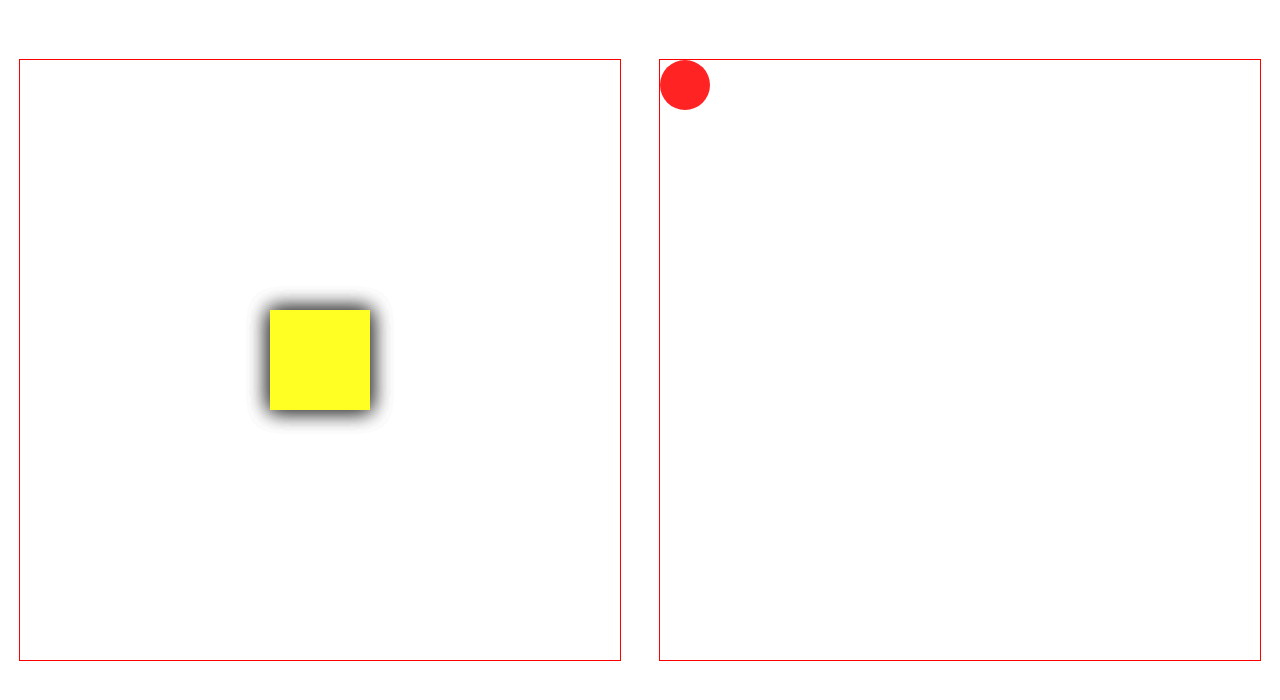
Repository: randgars/game
Page: index.html
These files come from the project's save history. The page is drawn as it stood at one moment and after the next save; the edit follows.
The browser window is 1280 px wide. The pictures show the whole page.

Above is the page before, as saved 2017-09-29 11:13:46.

### index.html
<!DOCTYPE html>
<html lang="en">
<head>
    <meta charset="UTF-8">
    <meta name="viewport" content="width=device-width, initial-scale=1.0">
    <meta http-equiv="X-UA-Compatible" content="ie=edge">
    <title>Document</title>
    <link rel="stylesheet" href="./style.css">
    <script type="text/javascript" src="./index.js"></script>
</head>
<body>
    <div class="wrapper">
        <div class="square first"></div>
        <div class="square second"></div>
        <div class="square third"></div>
        <div class="square fourth"></div>
    </div>
    <div id="wrapper" onmousemove="mouseMove(event)" class="wrapper">
        <div class="circle"></div>
    </div>
</body>
</html>

### style.css
body {
    padding: 0;
    margin: 0;
    display: flex;
    justify-content: space-around;
    align-items: center;
    height: 100vh;
}
.wrapper {
    position: relative;
    width: 600px;
    height: 600px;
    border: solid 1px red;
}
.square {
    height: 100px;
    width: 100px;
    box-shadow: 0 0 20px rgba(0, 0, 0, .4);
    position: absolute;
    top: calc(50% - 50px);
    left: calc(50% - 50px);
}
.first {
    animation-name: first;
    animation-duration: 5s;
    animation-iteration-count: infinite;
    animation-timing-function: linear;
    background-color: rgba(35, 255, 35, 1);
}
.second {
    animation-name: second;
    animation-duration: 5s;
    animation-iteration-count: infinite;
    animation-timing-function: linear;
    background-color: rgba(35, 35, 255, 1);
}
.third {
    animation-name: third;
    animation-duration: 5s;
    animation-iteration-count: infinite;
    animation-timing-function: linear;
    background-color: rgb(255, 35, 35);
}
.fourth {
    animation-name: fourth;
    animation-duration: 5s;
    animation-iteration-count: infinite;
    animation-timing-function: linear;
    background-color: rgba(255, 255, 35, 1);
}

.first:hover, .second:hover, .third:hover, .fourth:hoer {
    animation-play-state: paused;
}

@keyframes first {
    from {
        transform: rotate(360deg);
    }
    25% {
        background-color: rgba(35, 35, 255, 1);
    }
    50% {
        top: calc(0% - 50px);
        left: calc(0% - 50px);
        background-color: rgb(255, 35, 35);
    }
    75% {
        background-color: rgba(255, 255, 35, 1);
    }
    to {
        transform: rotate(0deg);
    }
}
@keyframes second {
    from {
        transform: rotate(0deg);
    }
    25% {
        background-color: rgb(255, 35, 35);
    }
    50% {
        top: calc(0% - 50px);
        left: calc(100% - 50px);
        background-color: rgba(255, 255, 35, 1);
    }
    75% {
        background-color: rgba(35, 255, 35, 1);
    }
    to {
        transform: rotate(360deg);
    }
}
@keyframes third {
    from {
        transform: rotate(360deg);
    }
    25% {
        background-color: rgba(255, 255, 35, 1);
    }
    50% {
        top: calc(100% - 50px);
        left: calc(100% - 50px);
        background-color: rgba(35, 255, 35, 1);
    }
    75% {
        background-color: rgba(35, 35, 255, 1);
    }
    to {
        transform: rotate(0deg);
    }
}
@keyframes fourth {
    from {
        transform: rotate(0deg);
    }
    25% {
        background-color: rgba(35, 255, 35, 1);
    }
    50% {
        top: calc(100% - 50px);
        left: calc(0% - 50px);
        background-color: rgba(35, 35, 255, 1);
    }
    75% {
        background-color: rgb(255, 35, 35);
    }
    to {
        transform: rotate(360deg);
    }
}

.circle {
    border-radius: 100%;
    background-color: rgb(255, 35, 35);
    width: 50px;
    height: 50px;
}

### index.js
function mouseMove(event) {
    debugger
}

After the next save:
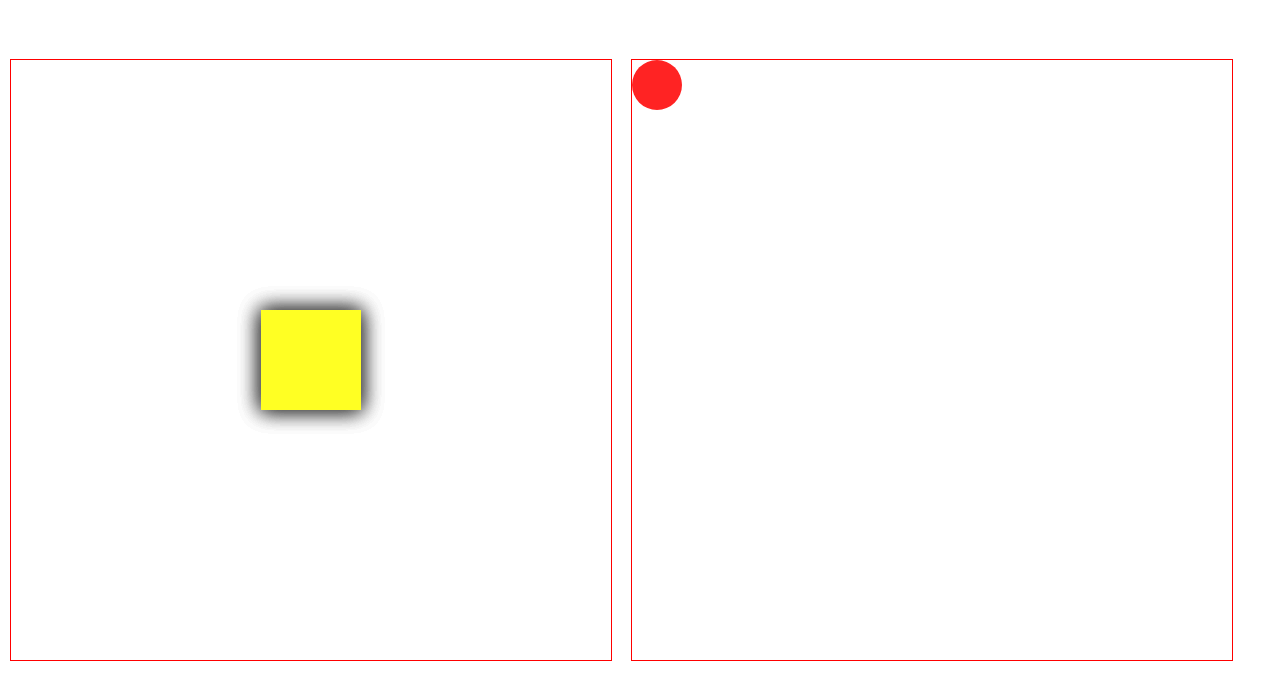
Saved 4 min 11 s later.
--- a/index.html
+++ b/index.html
@@ -17,6 +17,9 @@
     </div>
     <div id="wrapper" onmousemove="mouseMove(event)" class="wrapper">
         <div class="circle"></div>
+
     </div>
+    <span id="x"></span>
+    <span id="y"></span>
 </body>
 </html>
